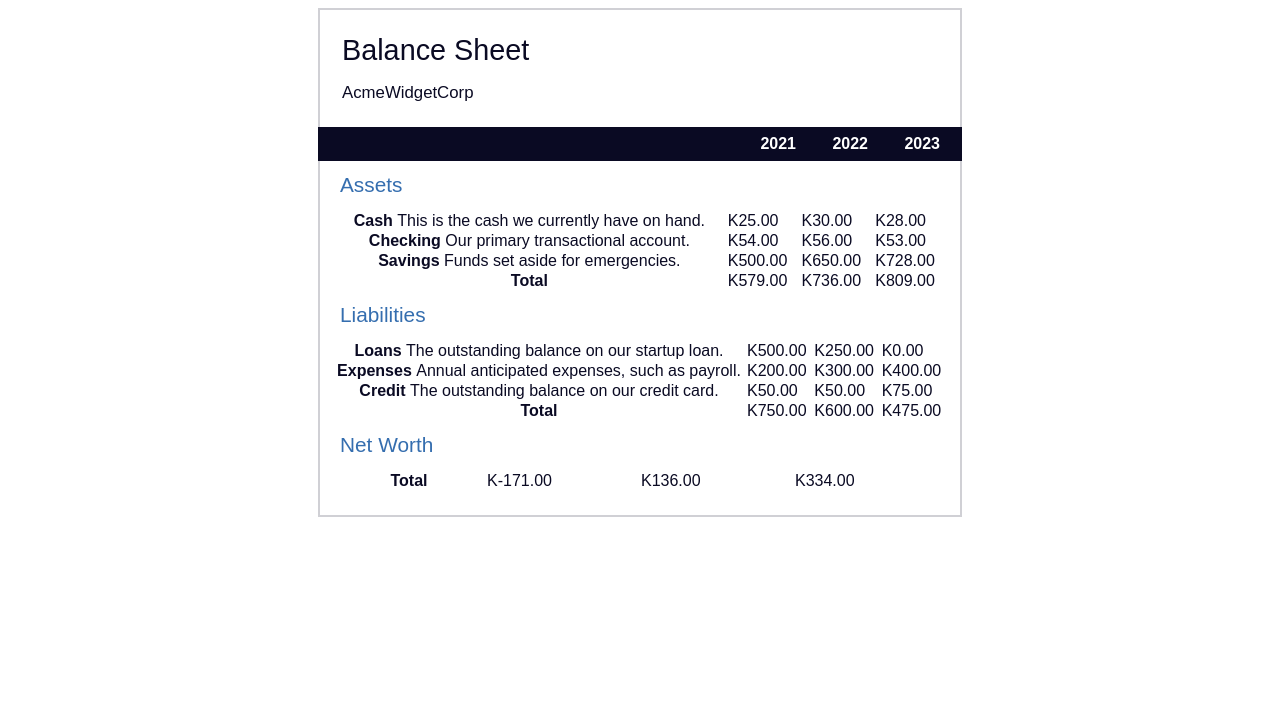
Repository: Lungdjos/balance_shee
Page: index.html
The author's editor kept a copy of each file at every save. The page is drawn from the files as they stood at one save, then again after a run of saves.
The browser window is 1280 px wide. The pictures show the whole page.

Above is the page before, as saved 2023-11-04 23:02:14.

After the next 3 saves:
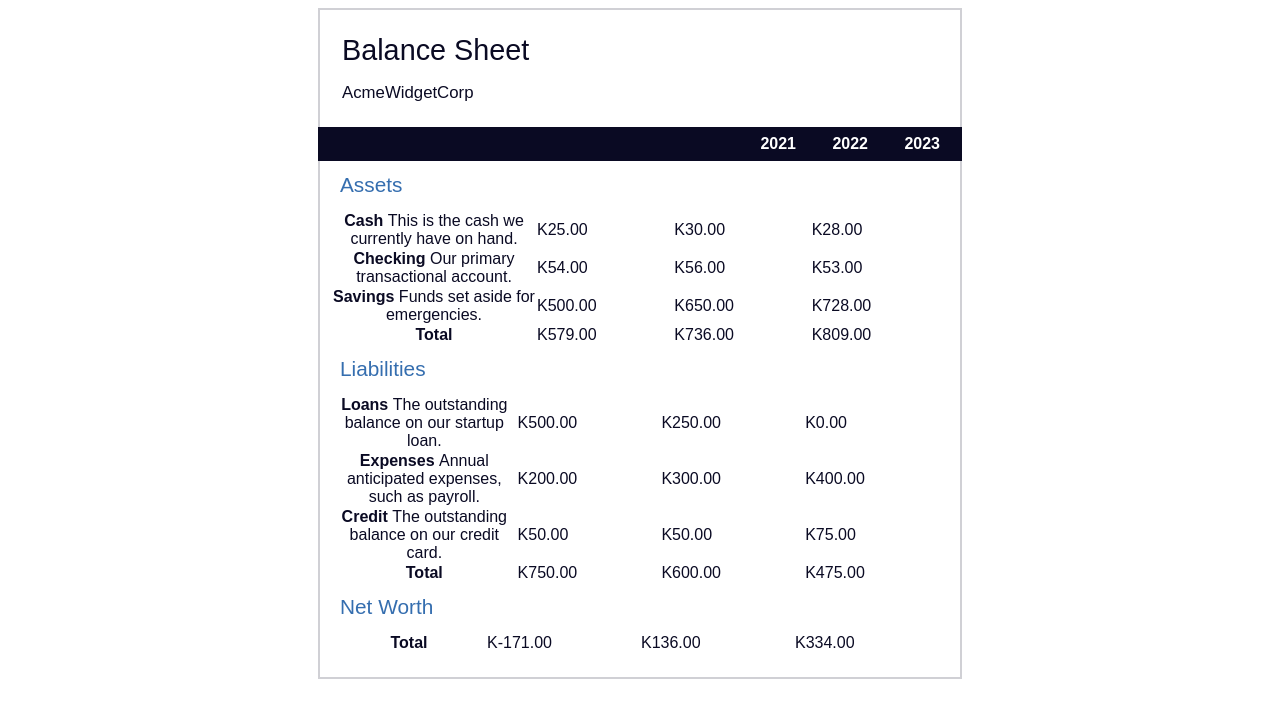
The 3 saves are shown as one change because they came seconds apart.
The last was saved 8 s later.
--- a/styles.css
+++ b/styles.css
@@ -97,5 +97,5 @@ table caption {
 td {
     max-width: 4rem;
     min-width: 4rem;
-    wid
+    width: 100vw;
 }
